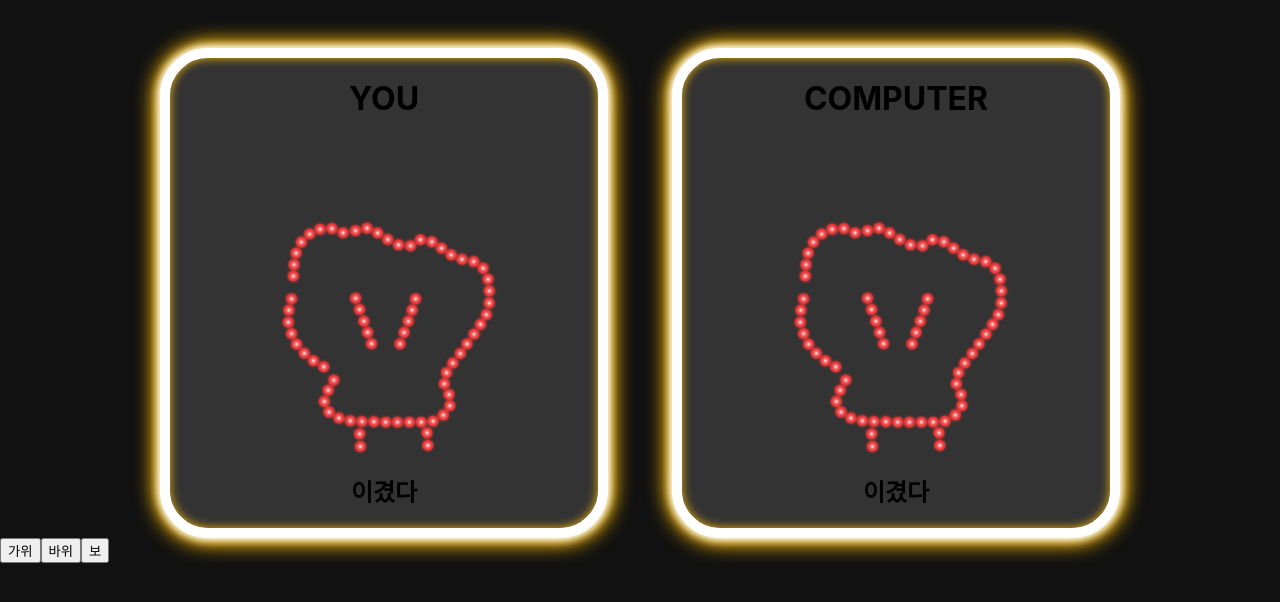
Repository: KIMMIHYE12/classComponent
Page: /
An editor plug-in stored every save of this project. The page is shown before and after the next save, followed by the edit.
The browser window is 1280 px wide. The pictures show the whole page.
The project was rebuilt for these pictures with package versions that can differ from the ones it lists, and the page was loaded fresh each time.

Above is the page before, as saved 2024-03-18 21:05:23.

### src/App.js
import "./App.css";
import { Box } from "./component/Box";

function App() {
  return (
    <div className='content'>
      <div className='game_screen'>
        <Box title='YOU' />
        <Box title='COMPUTER' />
      </div>
      <div>
        <button>가위</button>
        <button>바위</button>
        <button>보</button>
      </div>
    </div>
  );
}

export default App;

### src/App.css
* {
  box-sizing: border-box;
}

.content {
  height: 100vh;
  padding: 3em 0;
  background-color: #111;
}
.game_screen {
  width: 100%;
  display: flex;
  justify-content: center;
}
.box {
  width: 35%;
  display: flex;
  align-items: center;
  flex-direction: column;
  margin: 0 2em;
  border: 10px solid #fff;
  background: #333;
  border-radius: 3rem;
  box-shadow: 0 0 10px #fff, 0 0 10px #fff, 0 0 24px #f5b70c, 0 0 16px #f5b70c,
    0 0 24px #f5b70c, inset 0 0 10px #f5b70c;
}
img {
  width: 70%;
}

### src/component/Box.js
import React from "react";

export const Box = (props) => {
  console.log(props);
  return (
    <div className='box'>
      <h1>{props.title}</h1>
      <img src='/images/rock.png' />
      <h2>이겼다</h2>
    </div>
  );
};

Loaded but not shown: public/index.html (common file); src/index.js (common file); src/index.css (common file); src/reportWebVitals.js (common file)

After the next save:
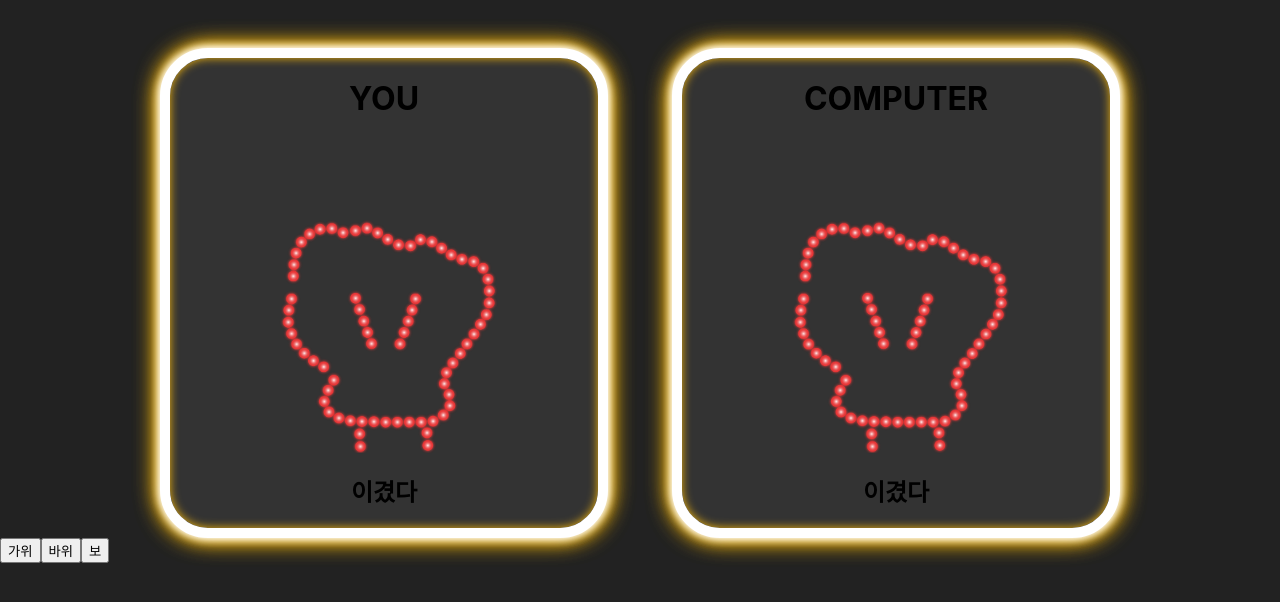
Saved 4 min 7 s later.
--- a/src/App.css
+++ b/src/App.css
@@ -5,7 +5,7 @@
 .content {
   height: 100vh;
   padding: 3em 0;
-  background-color: #111;
+  background-color: #222;
 }
 .game_screen {
   width: 100%;
